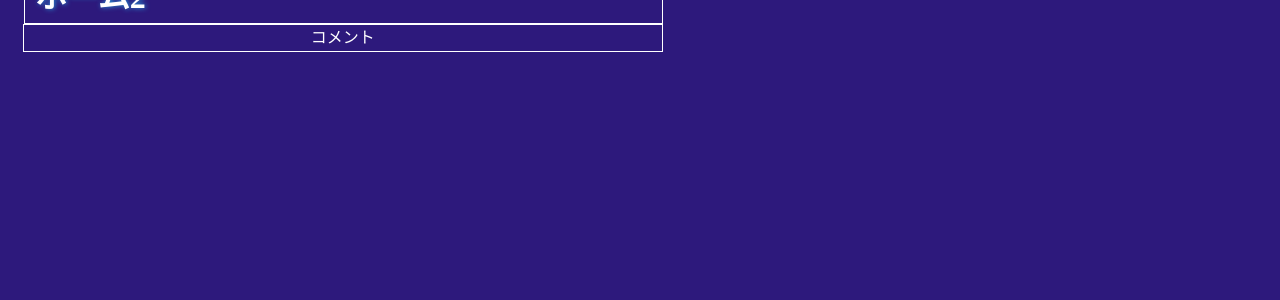
Repository: azuma2/tui2b
Page: http://localhost/come
An editor plug-in stored every save of this project. The page is shown before and after a run of saves, followed by the edit.
The browser window is 1280 px wide. The pictures show the whole page.
The page is served by the project's Laravel application, run on PHP 8.4 with Laravel 8. Queries for data that is not in the repository find no rows.

Above is the page before, as saved 2022-03-29 02:36:56.

After the next 2 saves:
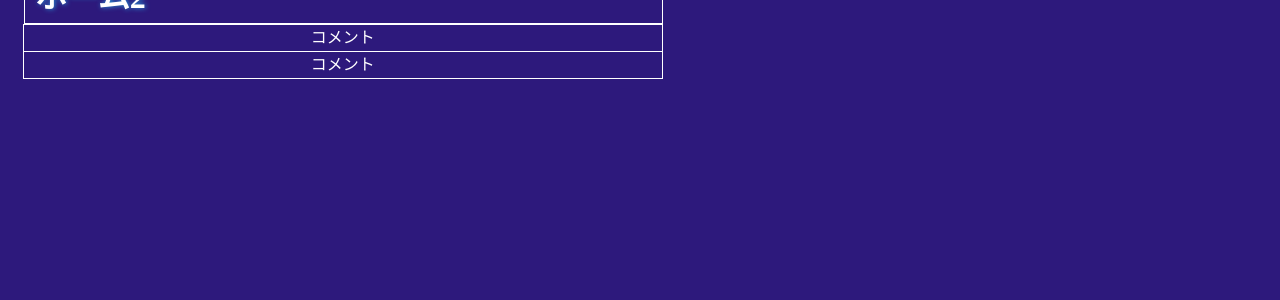
The 2 saves are shown as one change because they came seconds apart.
The last was saved 10 s later.
--- a/resources/views/come.blade.php
+++ b/resources/views/come.blade.php
@@ -180,6 +180,12 @@ font-size:28px;
     <p class="daiji">コメント</p>
   </td>
 </tr>
+<tr>
+  <td colspan="5">
+    <p class="daiji">コメント</p>
+  </td>
+</tr>
+
 
                   </table>
 </div>
